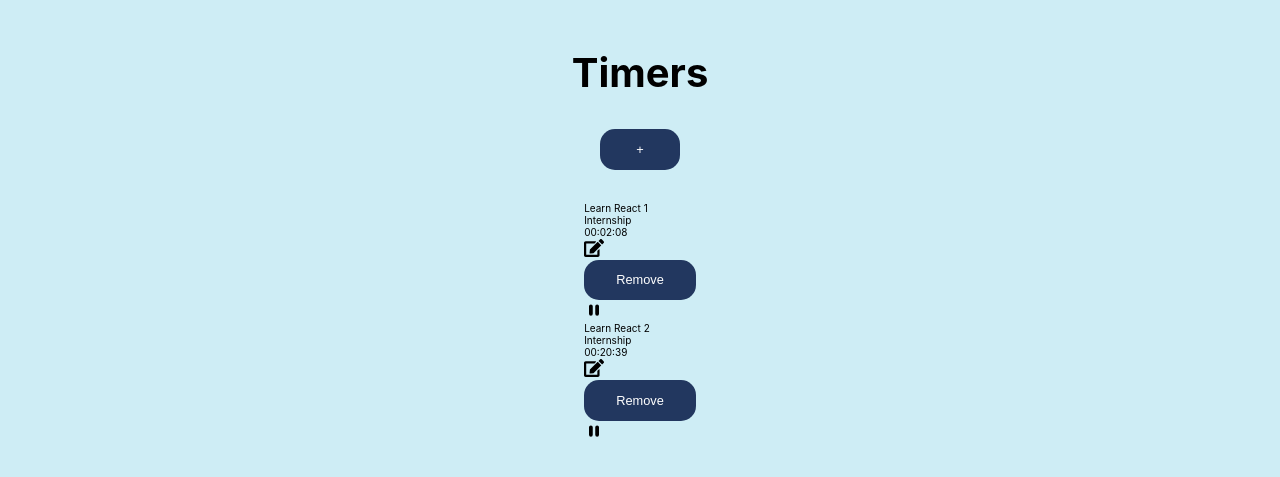
Repository: dqhuy153/react-timer
Page: /
These files come from the project's save history. The page is drawn as it stood at one moment and after the next save; the edit follows.
The browser window is 1280 px wide. The pictures show the whole page.
The project was rebuilt for these pictures with package versions that can differ from the ones it lists, and the page was loaded fresh each time. Also part of the build but not shown: src/components/TimerForm/TimerForm.module.scss, src/components/TimerForm/index.jsx, src/components/EditableTimerForm/EditableTimerForm.module.scss.

Above is the page before, as saved 2021-10-26 17:17:19.

### src/index.css
* {
  padding: 0;
  margin: 0;
  box-sizing: border-box;
}

body {
  margin: 0;
  font-family: -apple-system, BlinkMacSystemFont, 'Segoe UI', 'Roboto', 'Oxygen',
    'Ubuntu', 'Cantarell', 'Fira Sans', 'Droid Sans', 'Helvetica Neue',
    sans-serif;
  -webkit-font-smoothing: antialiased;
  -moz-osx-font-smoothing: grayscale;

  font-size: 62.5%;
}

code {
  font-family: source-code-pro, Menlo, Monaco, Consolas, 'Courier New',
    monospace;
}

### src/App.js
import { useEffect, useRef, useState } from 'react';
import './App.scss';

import EditableTimerForm from './components/EditableTimerForm';
import ToggleableTimerForm from './components/ToggeableTimerForm';
import { newTimer } from './utils/TimerUtils';

function App() {
  const timerRef = useRef();
  const [timers, setTimers] = useState([
    {
      id: 1,
      title: 'Learn React 1',
      project: 'Internship',
      time: 123454,
      isRunning: true,
    },
    {
      id: 2,
      title: 'Learn React 2',
      project: 'Internship',
      time: 1234545,
      isRunning: true,
    },
  ]);

  const handleUpdateTimer = (data) => {
    let newTimers;

    //if has no id, create a new one
    if (!data.id) {
      newTimers = [
        newTimer({
          title: data.title,
          project: data.project,
        }),
        ...timers,
      ];
    }
    //update existing timer
    else {
      newTimers = timers.map((timer, idx) => {
        if (timer.id === data.id) {
          return {
            ...timer,
            title: data.title,
            project: data.project,
          };
        }

        return timer;
      });
    }

    setTimers(newTimers);
  };

  useEffect(() => {
    clearTimeout(timerRef.current);

    timerRef.current = setTimeout(() => {
      const newTimers = timers.map((timer, idx) => {
        if (timer.isRunning)
          return {
            ...timer,
            time: timer.time + 1000,
          };

        return timer;
      });

      setTimers(newTimers);
    }, 1000);
  }, [timers]);

  return (
    <div className="App">
      <div className="body">
        <h1>Timers</h1>

        <ToggleableTimerForm onUpdate={handleUpdateTimer} />

        {timers.map((timer) => {
          return (
            <EditableTimerForm
              key={timer.id}
              id={timer.id}
              title={timer.title}
              project={timer.project}
              timer={timer.time}
              isRunning={timer.isRunning}
            />
          );
        })}
      </div>
    </div>
  );
}

export default App;

### src/App.scss
.App {
  background: #ceedf5;
}

.body {
  display: flex;
  justify-content: flex-start;
  align-items: center;
  flex-direction: column;
  padding: 3rem 0;
  height: 100vh;

  h1 {
    font-size: 2.5rem;
  }
}

### src/components/EditableTimerForm/index.jsx
import React, { useState } from 'react';
import Timer from '../Timer';
import TimerForm from '../TimerForm';

import styles from './EditableTimerForm.module.scss';

const EditableTimerForm = ({
  id,
  title,
  project,
  timer,
  isRunning,
  onUpdate,
  onRemove,
  onTimerClick,
}) => {
  const [isEdit, setIsEdit] = useState(false);

  const handleOpenEdit = () => {
    setIsEdit(true);
  };

  const handleCloseEdit = () => {
    setIsEdit(false);
  };

  const handleUpdate = (data) => {
    onUpdate(data);
    handleOpenEdit();
  };

  const content = isEdit ? (
    <TimerForm
      id={id}
      title={title}
      project={project}
      timer={timer}
      onCancel={handleCloseEdit}
      onUpdate={handleUpdate}
    />
  ) : (
    <Timer
      id={id}
      title={title}
      project={project}
      timer={timer}
      isRunning={isRunning}
      onEdit={handleOpenEdit}
      onRemove={onRemove}
      onTimerClick={onTimerClick}
    />
  );

  return <div className={styles.container}>{content}</div>;
};

export default EditableTimerForm;

### src/components/ToggeableTimerForm/index.jsx
import { useState } from 'react';
import Button from '../Button';
import TimerForm from '../TimerForm';

import styles from './ToggleableTimerForm.module.scss';

const ToggleableTimerForm = ({ onUpdate, ...props }) => {
  const [isOpen, setIsOpen] = useState(false);

  const handleOpenForm = () => {
    setIsOpen(true);
  };

  const handleCloseForm = () => {
    setIsOpen(false);
  };

  const handleUpdate = (data) => {
    onUpdate(data);
    handleCloseForm();
  };

  const content = isOpen ? (
    <TimerForm onCancel={handleCloseForm} onUpdate={handleUpdate} />
  ) : (
    <Button onClick={handleOpenForm}>+</Button>
  );

  return <div className={styles.container}>{content}</div>;
};

export default ToggleableTimerForm;

### src/utils/TimerUtils.js
import { v4 as uuidv4 } from 'uuid';

export const millisecondsToHuman = (ms) => {
  const seconds = Math.floor((ms / 1000) % 60);
  const minutes = Math.floor((ms / 1000 / 60) % 60);
  const hours = Math.floor(ms / 1000 / 60 / 60);

  const humanized = [
    pad(hours.toString(), 2),
    pad(minutes.toString(), 2),
    pad(seconds.toString(), 2),
  ].join(':');

  return humanized;
};

const pad = (numberString, size) => {
  let padded = numberString;
  while (padded.length < size) {
    padded = `0${padded}`;
  }
  return padded;
};

export const newTimer = (attrs = {}) => {
  const timer = {
    title: attrs.title || 'Timer',
    project: attrs.project || 'Project',
    id: uuidv4(),
    time: 0,
    isRunning: false,
  };

  return timer;
};

### src/components/Timer/index.jsx
import React from 'react';
import { BsPauseFill, BsPlayFill } from 'react-icons/bs';
import { FaEdit } from 'react-icons/fa';

import { millisecondsToHuman } from '../../utils/TimerUtils';
import Button from '../Button';

const Timer = ({
  title,
  project,
  timer,
  isRunning,
  onEdit,
  onRemove,
  onTimerClick,
}) => {
  const buttonLabel = isRunning ? (
    <BsPauseFill size={20} />
  ) : (
    <BsPlayFill size={20} />
  );

  return (
    <div>
      <p>{title}</p>
      <p>{project}</p>
      <p>{millisecondsToHuman(timer)}</p>

      <div>
        <div onClick={onEdit}>
          <FaEdit size={20} />
        </div>
        <Button onClick={onRemove}>Remove</Button>
      </div>

      <div onClick={onTimerClick}>{buttonLabel}</div>
    </div>
  );
};

export default Timer;

### src/components/Button/index.jsx
import React from 'react';

import styles from './Button.module.scss';

const Button = ({
  children,
  onClick,
  className,
  bgColor = '#22375f',
  color = '#fff',
  hoverColor = '#22375f',
  hoverBgColor = '#fff',
  ...rest
}) => {
  return (
    <button
      style={{
        '--bg-color': bgColor,
        '--color': color,
        '--hover-color': hoverColor,
        '--hover-bg-color': hoverBgColor,
      }}
      className={`${styles.container} ${className}`}
      onClick={onClick}
      children={children}
      {...rest}
    ></button>
  );
};

export default Button;

### src/components/ToggeableTimerForm/ToggleableTimerForm.module.scss
.container {
  margin: 2rem;
}

### src/components/Button/Button.module.scss
.container {
  padding: 0.8rem 2rem;
  min-width: 5rem;
  border: none;
  color: var(--color);
  border-radius: 15px;
  background: var(--bg-color);
  font-size: 0.8rem;
  cursor: pointer;
  transition: all 0.2s linear;

  &:hover {
    box-shadow: rgba(100, 100, 111, 0.3) 0px 7px 29px 0px;
    background: var(--hover-bg-color);
    color: var(--hover-color);
    font-weight: bold;
  }

  &:active {
    transform: translateY(2px);
  }
}

Loaded but not shown: public/index.html (common file); src/index.js (common file); src/reportWebVitals.js (common file)

After the next save:
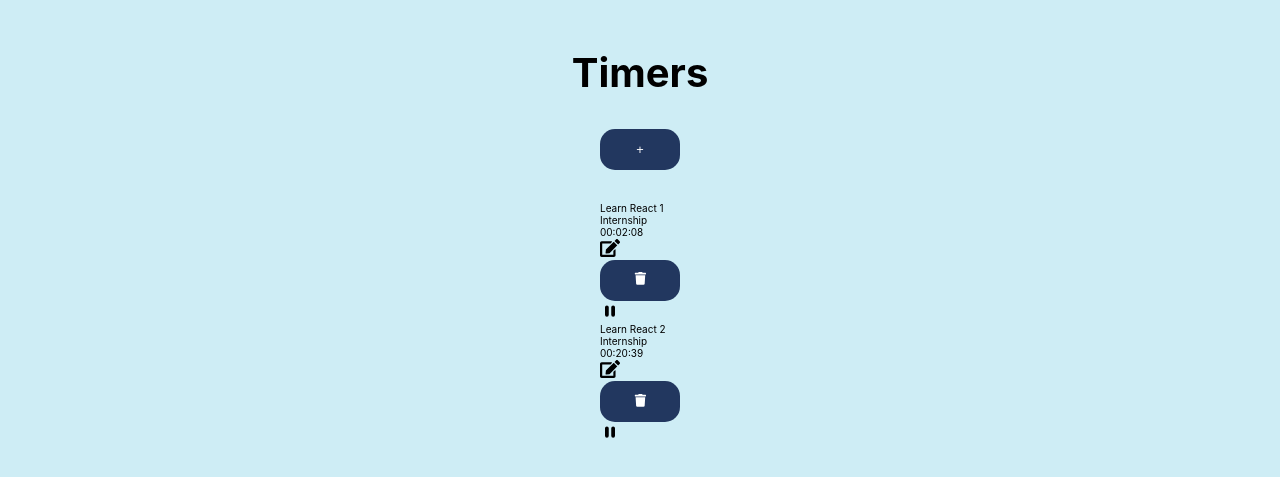
Saved 48 s later.
--- a/src/components/Timer/index.jsx
+++ b/src/components/Timer/index.jsx
@@ -1,6 +1,6 @@
 import React from 'react';
 import { BsPauseFill, BsPlayFill } from 'react-icons/bs';
-import { FaEdit } from 'react-icons/fa';
+import { FaEdit, FaTrash } from 'react-icons/fa';
 
 import { millisecondsToHuman } from '../../utils/TimerUtils';
 import Button from '../Button';
@@ -30,7 +30,9 @@ const Timer = ({
         <div onClick={onEdit}>
           <FaEdit size={20} />
         </div>
-        <Button onClick={onRemove}>Remove</Button>
+        <Button onClick={onRemove}>
+          <FaTrash />
+        </Button>
       </div>
 
       <div onClick={onTimerClick}>{buttonLabel}</div>
